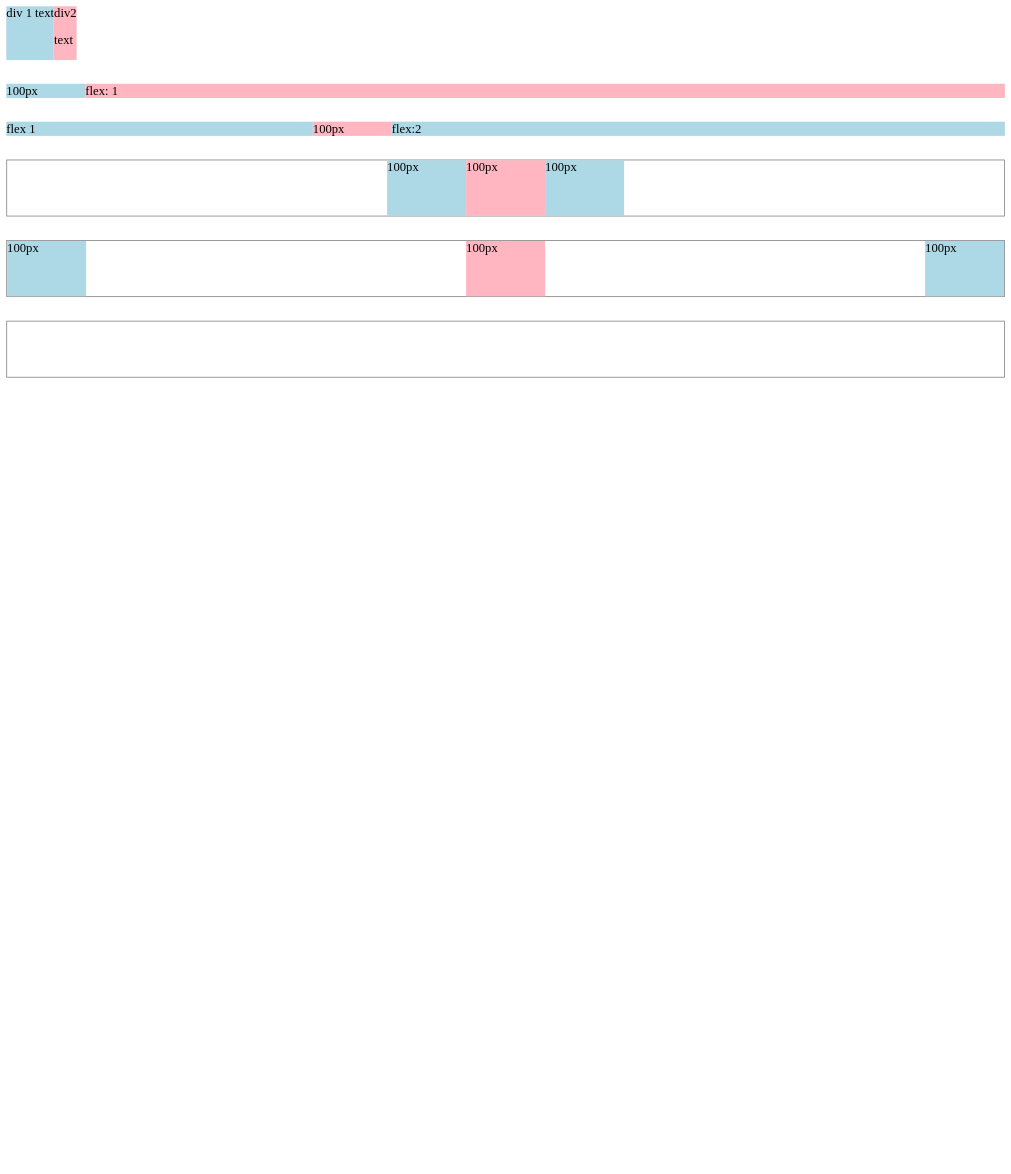
Repository: knowledgeAlan/html-css-twelve
Page: flexbox.html
These files come from the project's save history. The page is drawn as it stood at one moment and after the next save; the edit follows.
The browser window is 1280 px wide. The pictures show the whole page, at 79% of full size.

Above is the page before, as saved 2024-03-11 18:41:10.

After the next save:
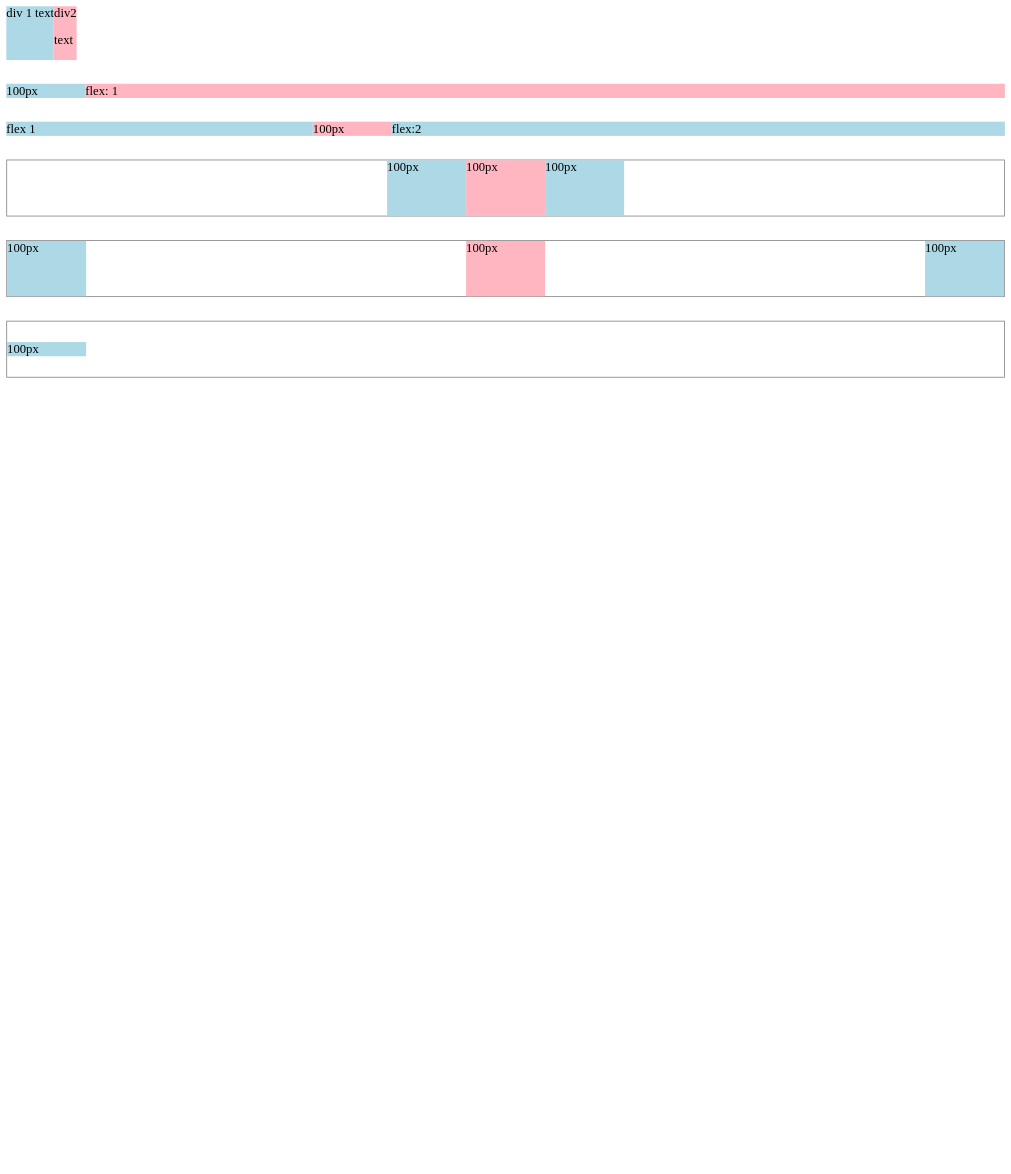
Saved 45 s later.
--- a/flexbox.html
+++ b/flexbox.html
@@ -135,7 +135,12 @@
         display: flex;
         flex-direction: row;
         justify-content: space-between;
+        align-items: center;
         ">
+
+        <div style="background-color: lightblue; width: 100px;">
+            100px
+        </div>
 
         </div>
 
